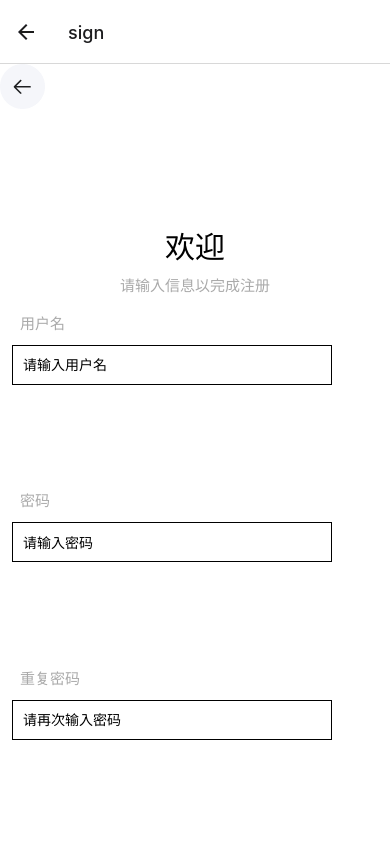
Repository: eyebone/barManager
Screen: /sign
The author's editor kept a copy of each file at every save. The screen is drawn from the files as they stood at one save, then again after a run of saves.
The app was drawn by React Native's web renderer in a window 390 px wide. The project was rebuilt for these pictures with package versions that can differ from the ones it lists, and the page was loaded fresh each time. Also part of the build but not shown: components/EmojiPicker.js, components/Button.js, components/ImageViewer.js, components/circleButton.js, components/IconButton.js, view/ViewOne.js.

Above is the screen before, as saved 2023-06-26 15:36:35.

### App.js
// In App.js in a new project

import * as React from "react";
import { Button, View, Text, StyleSheet, Pressable, Alert } from "react-native";
// import React-native from 'react-native';
import { NavigationContainer } from "@react-navigation/native";
import { createNativeStackNavigator } from "@react-navigation/native-stack";
import { ViewOne } from "./view/ViewOne";
import { SignView } from "./view/Sign";
import { LinearGradient } from "expo-linear-gradient";
import FontAwesome from "react-native-vector-icons/FontAwesome";
function HomeScreen({ navigation }) {
  return (
    <View style={styles.container}>
      <LinearGradient
        start={{ x: 0, y: 0 }}
        end={{ x: 1, y: 1 }}
        colors={["#5c0b82", "#480965", "#190641", "#070320", "#000000"]}
        style={styles.linearGradient}
      >
        <Text>Home Screen</Text>
        <Pressable
          style={(styles.button, { backgroundColor: "#faf2de" })}
          onPress={() => navigation.push("test")}
        >
          <FontAwesome name="home" size={26} style={{ paddingRight: 8 }} />
          <Text>go to detail</Text>
        </Pressable>

        <Button
          title="Go to Sign"
          onPress={() => navigation.navigate("sign")}
        />
        <Text style={styles.buttonText}>Sign in with Facebook</Text>
      </LinearGradient>
    </View>
  );
}

const Stack = createNativeStackNavigator();

function App() {
  return (
    <NavigationContainer style={styles.container}>
      <Stack.Navigator initialRouteName="Home">
        <Stack.Screen
          name="Home"
          component={HomeScreen}
          options={{ title: "Overview", backgroundColor: "transparent" }}
        />
        <Stack.Screen name="test" component={ViewOne} />
        <Stack.Screen name="sign" component={SignView} />
      </Stack.Navigator>
    </NavigationContainer>
  );
}

export default App;

const styles = StyleSheet.create({
  container: {
    flex: 1,
    flexDirection: "column",
    backgroundColor: "#000000",
    //    alignItems: 'center',
  },
  linearGradient: {
    height: 740,
  },
  button: {
    borderRadius: 10,
    width: 300,
    height: 30,
    alignItems: "center",
    justifyContent: "center",
    flexDirection: "row",
  },
});

### view/Sign.js
import { StatusBar } from "expo-status-bar";
import { StyleSheet, View, Text} from "react-native";
import Button from "../components/Button";
import ImageViewer from "../components/ImageViewer";
import * as ImagePicker from "expo-image-picker";
import { useState } from "react";
const PlaceholderImage = require("../assets/images/background-image.png");
import * as React from "react";
import {
  FlatList,
  Image,
  Platform,
  Pressable,
  PixelRatio,
  TextInput,
} from "react-native";
import { NavigationContainer } from "@react-navigation/native";
import { createNativeStackNavigator } from "@react-navigation/native-stack";

//import {Text } from 'react-native';

export function SignView({ navigation }) {
  const [value, onChangeText] = React.useState("");

  return (
    <View style={styles.container}>
      <Pressable onPress={() => navigation.push("Home")}>
        <Image source={require("../assets/bar/Back.png")} />
      </Pressable>

      <View style={styles.welcomeContainer}>
        <Text style={styles.welcomeText} numberOfLines={1}>
          欢迎
        </Text>
        <Text style={styles.infoText}>请输入信息以完成注册</Text>
      </View>
      <View style={styles.inputBar}>
        <Text style={styles.smallText}>用户名</Text>
        <TextInput
          maxLength={40}
          onChangeText={(text) => onChangeText(text)}
          value={value}
          style={styles.input}
          placeholder="请输入用户名"
        />
      </View>
      <View style={styles.inputBar}>
        <Text style={styles.smallText}>密码</Text>
        <TextInput style={styles.input} placeholder="请输入密码" />
      </View>
      <View style={styles.inputBar}>
        <Text editable style={styles.smallText}>
          重复密码
        </Text>
        <TextInput
          style={styles.input}
          placeholder="请再次输入密码"
          //          onChangeText={onChange}
        />
      </View>
      {/* <View style={styles.footerContainer}>
        <Text style={styles.regText}>注册</Text>
      </View> */}
      <Pressable>

      </Pressable>

    </View>
  );
}

const styles = StyleSheet.create({
  container: {
    flex: 1,
    flexDirection: "column",
    backgroundColor: "#fff",
    //    alignItems: 'center',
  },
  welcomeContainer: {
    flex: 1,
    backgroundColor: "#fff",
    alignItems: "center",
    marginTop: 114,
    height: 60,
  },
  welcomeText: {
    fontSize: PixelRatio.getFontScale() * 30,
    //    fontFamily: STKaiti,
  },
  infoText: {
    color: "#aaa",
    fontSize: PixelRatio.getFontScale() * 15,
    lineHeight: 38,
  },
  imageContainer: {
    flex: 1,
    paddingTop: 58,
  },
  smallText: {
    fontSize: PixelRatio.getFontScale() * 15,
    color: "#aaa",
    marginLeft: 20,
  },
  footerContainer: {
    flex: 1,
    alignItems: "center",
    backgroundColor: "#500B82",
    width: 380,
    height: 57,
    bottom: 0,
    //      marginTop: 600,
    //      paddingTop: 737,
  },
  inputBar: {
    flex: 2,
    // borderBottomColor: "#000",
    // borderBottomWidth: 1,
  },
  regText: {
    fontSize: PixelRatio.getFontScale() * 24,
    color: "#fff",
    margin: 20,
  },
  input: {
    height: 40,
    margin: 12,
    borderWidth: 1,
    padding: 10,
    width: 320,
  },
});

After the next 2 saves:
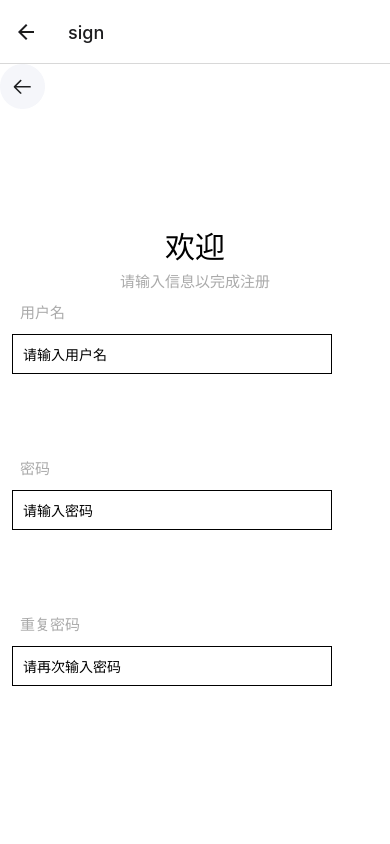
The 2 saves are shown as one change because they came seconds apart.
The last was saved 8 s later.
--- a/view/Sign.js
+++ b/view/Sign.js
@@ -64,7 +64,7 @@ export function SignView({ navigation }) {
       <Pressable>
 
       </Pressable>
-
+<Text style={styles.regText}>注册</Text>
     </View>
   );
 }
